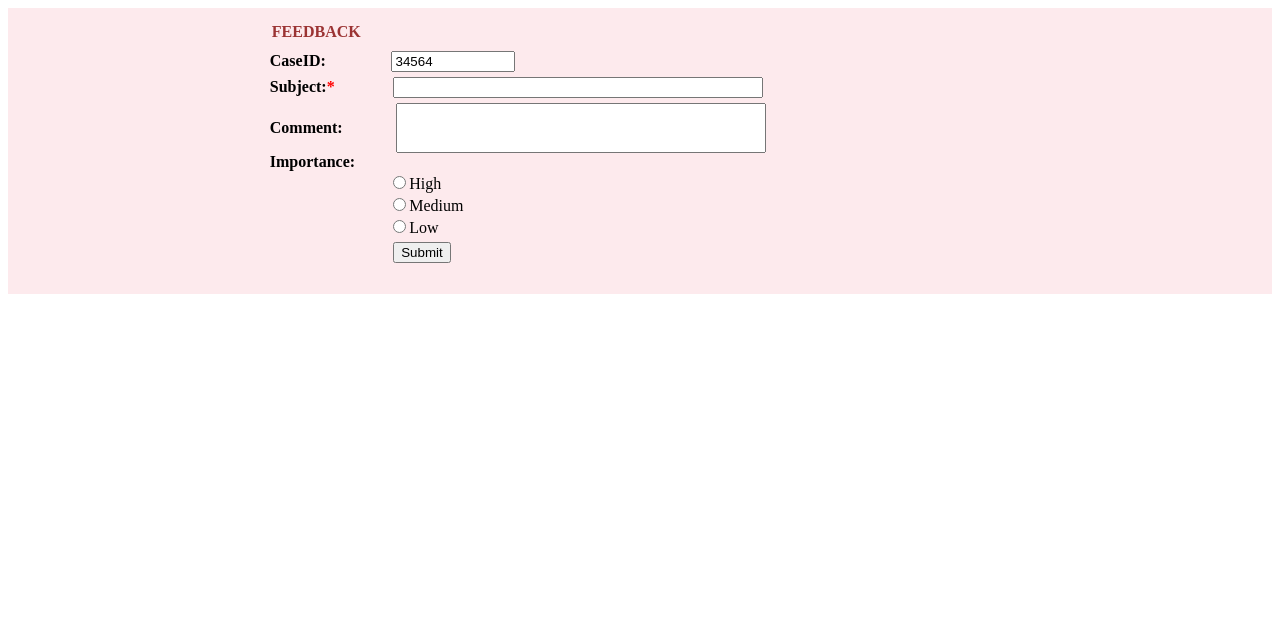
Repository: vRia4/INST728J-Victoria-Nathaniel
Page: Assignments/feedback.html
The author's editor kept a copy of each file at every save. The page is drawn from the files as they stood at one save, then again after the next save.
The browser window is 1280 px wide. The pictures show the whole page.

Above is the page before, as saved 2023-07-25 11:56:52.

### Assignments/feedback.html
<html>
<head>
<title>Feedback</title>
<head>
    <style>
        .wrapper {
            background-color:rgb(253, 234, 237);
            padding: 15px;

        }

        .title {
            color:#9B3333;
            margin-left: 20%;
            margin-bottom: 10px;
            font-weight: bold;
        }

        label {
            margin-left: 20%;
            font-weight: bold;
        }

        input[type="num"] {
            width: 10%;
            margin-left: 5%;
        }

        input[type="class"] {
            width: 30%;
            margin-left: 4.4%;
            margin-top: 5px;
        }

        input[type="comment"] {
            width: 30%;
            height: 50;
            margin-left: 4%;
            margin-top: 5px;
            /* width: 19%;
            margin-left: 30%;
            padding: 0px;
            margin-top: 5px; */
        }

        input[type="radio"], input[type="submit"]{
        margin-left: 30%;
        margin-top: 5px;
        }

    </style>
</head>
<body>
    <div class="wrapper">
        <legend class="title">FEEDBACK</legend>

        <form name="myFirstForm" method="post" action="ThankYou.html">
            <label for="caseID" > CaseID: </label>
	        <input type="num" value="34564"><br>

            <label for="subject">Subject:<span style="color: red;">*</label>
            <input type="class" placeholder=" "> </br>

            <!-- <div> -->
                <label for="comment">Comment:</label>
                <input type="comment" placeholder=" " > </br>
                <!-- <textarea id="comment" name="comment" rows="10" cols="30"></textarea> </br> -->
            <!-- </div> -->

            <label for="importance"> Importance:</label><br>
            <input type="radio" name="value">High </br>
            <input type="radio" name="value">Medium </br>
            <input type="radio" name="value">Low </br>

            <div>
                <input type="submit" value="Submit">
            </div>
        </form>
    </div>

</body>
</html>

After the next save:
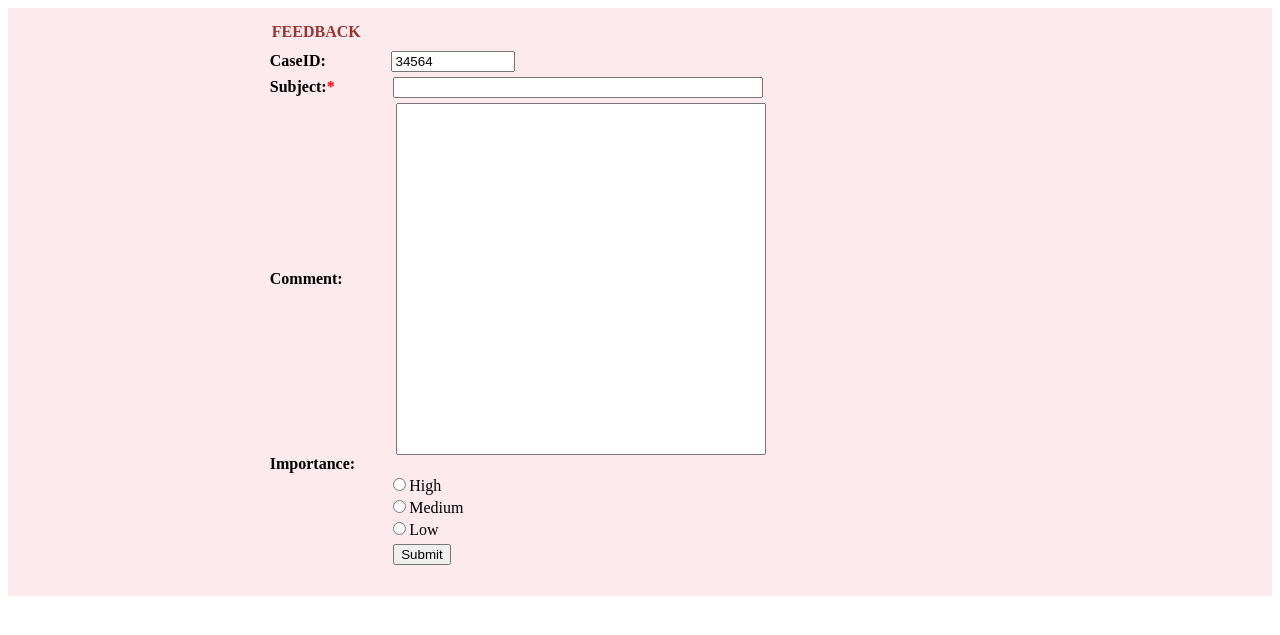
Saved 7 s later.
--- a/Assignments/feedback.html
+++ b/Assignments/feedback.html
@@ -34,7 +34,7 @@
 
         input[type="comment"] {
             width: 30%;
-            height: 50;
+            height: 50%;
             margin-left: 4%;
             margin-top: 5px;
             /* width: 19%;
